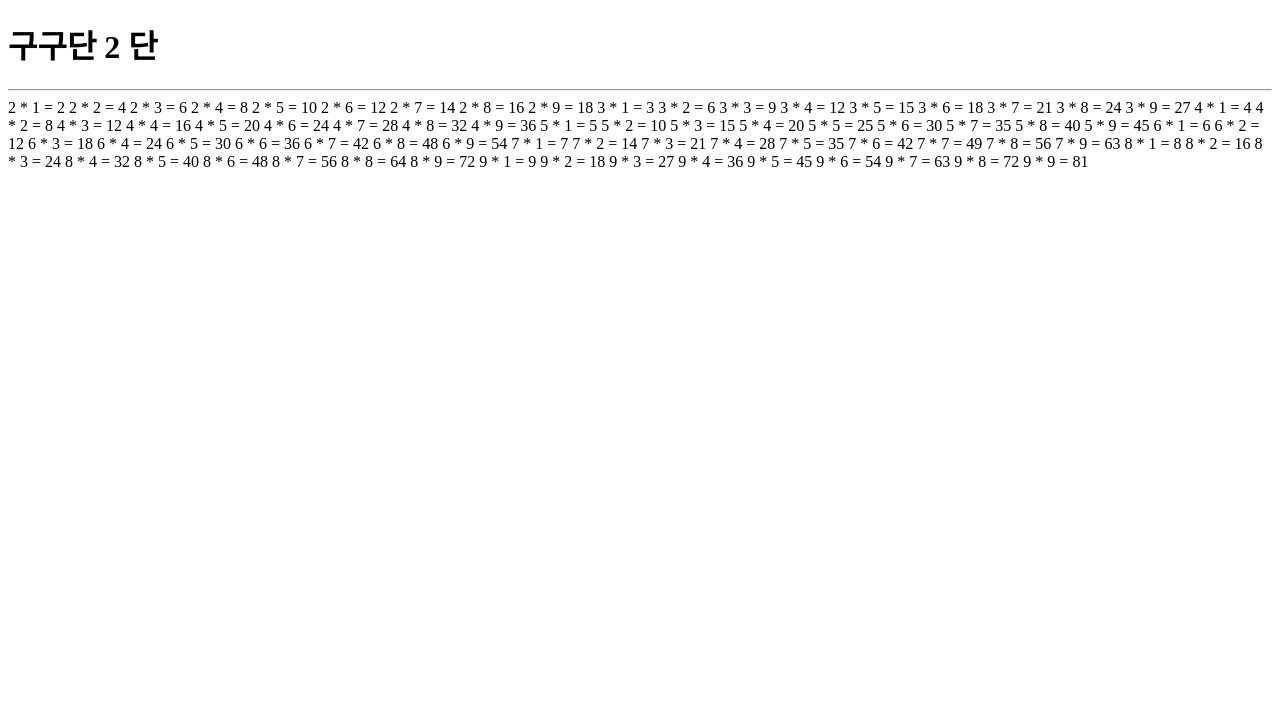
Repository: GITJIWOO/JavaBasic
Page: http://localhost/JSPBasic/gugudan.jsp
These files come from the project's save history. The page is drawn as it stood at one moment and after the next save; the edit follows.
The browser window is 1280 px wide. The pictures show the whole page.
The page is served by Tomcat 9.

Above is the page before, as saved 2021-07-29 03:20:17.

After the next save:
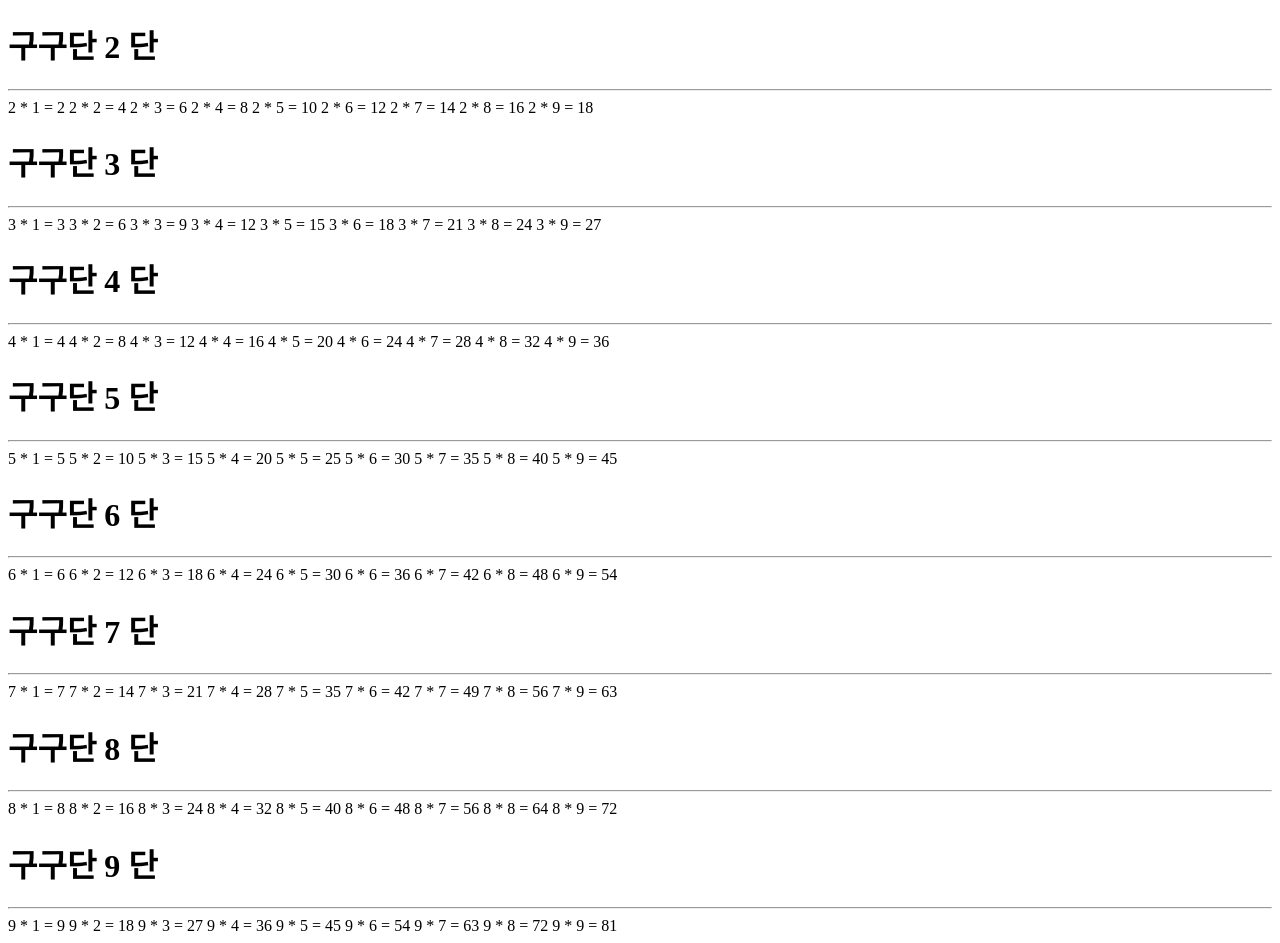
Saved 61 s later.
--- a/JSPBasic/WebContent/gugudan.jsp
+++ b/JSPBasic/WebContent/gugudan.jsp
@@ -7,16 +7,15 @@
 <title>Insert title here</title>
 </head>
 <body>
-	<% int number = 2; %>
-	<h1>구구단 <% out.println(number); %>단</h1>
-	<hr>
 	<%
-	for(int i = 2; i <= 9; i++) {
+	for(int i = 2; i <= 9; i++) { %>
+		<h1>구구단 <% out.println(i); %>단</h1>
+		<hr>
+		<%
 		for(int j = 1; j <= 9; j++) {
 		out.println(i + " * " + j + " = " + (j * i));
 		}
 	}
-	number++;
 	%>
 </body>
 </html>
